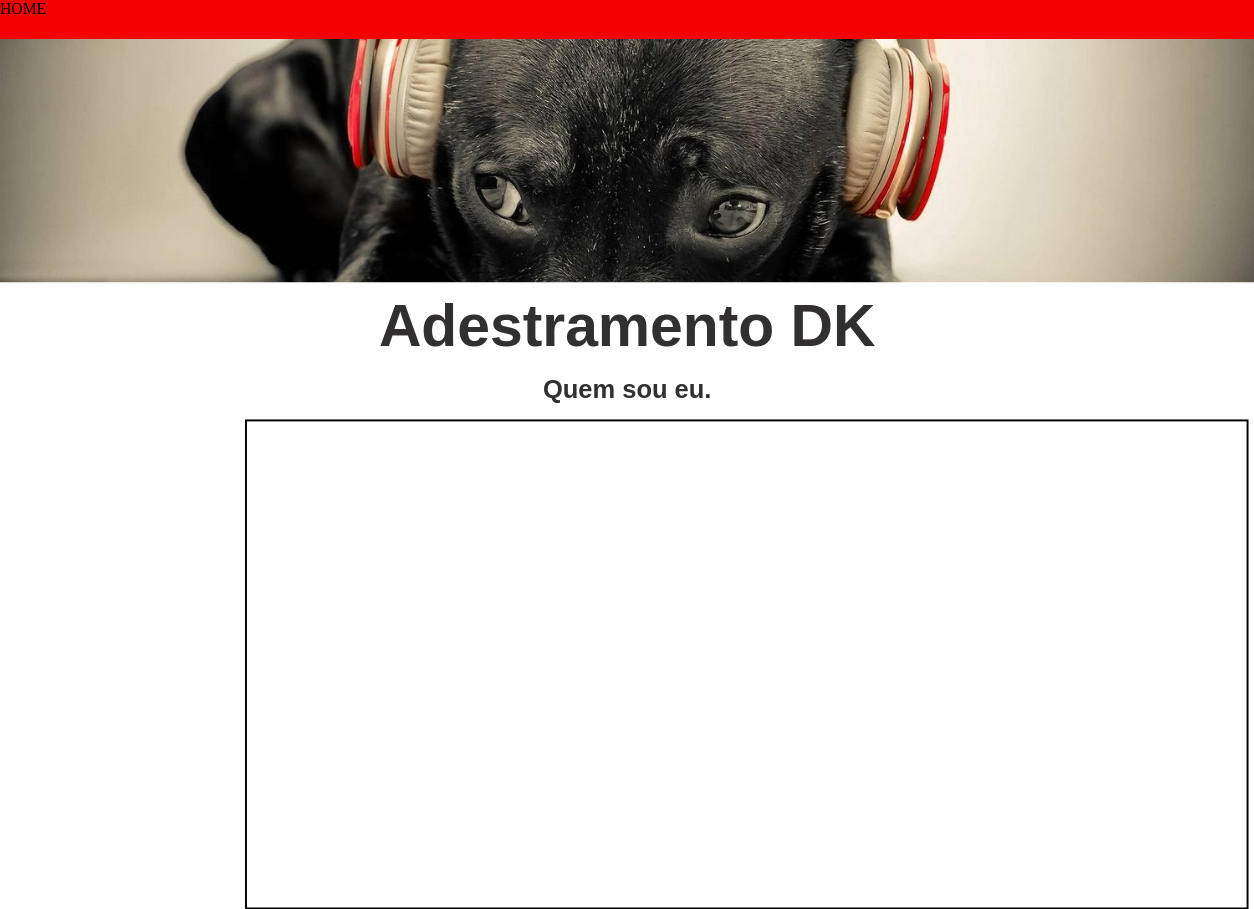
Repository: KevynMarques/Blog-React-StyledComponent
Page: /
These files come from the project's save history. The page is drawn as it stood at one moment and after the next save; the edit follows.
The browser window is 1280 px wide. The pictures show the whole page, at 98% of full size.
The project was rebuilt for these pictures with package versions that can differ from the ones it lists, and the page was loaded fresh each time.

Above is the page before, as saved 2022-01-28 13:10:32.

### src/App.js
import Header from './Components/Header/index'
import Home from './Components/Home';
import Sobre from './Components/Sobre';

import { GlobalStyle } from './GlobalStyle';

function App() {
  return (
    <>
    <Home />
    <Header />
    <Sobre />
    <GlobalStyle/>
    </>
  );
}

export default App;

### src/Components/Header/index.jsx
import { Baner } from "./style";
import Dog from './Image/Dog.png'

export default () => {

  return (

    <>
      <Baner>
       <img src={Dog} />
     </Baner>
    </>

  );

}

### src/Components/Home/index.jsx
import { Home } from "./Style"

export default () => {
  return (

    <Home>
      HOME
    </Home>
  );
}

### src/Components/Sobre/index.jsx
import { Sobre, Tittle } from "./style"

export default () => {
  return (
<>
   <Tittle>
    <h1>Adestramento DK</h1>
      <h2>Quem sou eu.</h2>
    </Tittle>


  <Sobre>
     <section>

     </section>
  </Sobre>
</>

  );
}

### src/GlobalStyle.js
import { createGlobalStyle } from 'styled-components';

 export const GlobalStyle = createGlobalStyle`
  * {
    margin: 0;
    padding: 0;
    box-sizing: border-box;
  }
`;

### src/Components/Header/style.jsx
import styled from "styled-components";

export const Baner= styled.div `
  width: 100vw;
  height: 40vh;


    img {
    width: 100%;
    height: 100%;
    object-fit: cover;

    }
`;

### src/Components/Home/Style.jsx
import styled from "styled-components";


export const  Home  = styled.div `
     width: 100vw;
     height: 40px;
     background-color: #f30000;
     position: fixed;
     z-index: 99999;
`;

### src/Components/Sobre/style.jsx
import styled from "styled-components";


export const Tittle = styled.h1`
@import url('https://fonts.googleapis.com/css2?family=Prompt:ital,wght@1,300&display=swap');
color: #312f2f;
font-size: 30px;
font-family: 'Prompt', sans-serif;
text-align: center;
height: 40px;
margin-top: 10px;

      h2 {
      font-size:26px ;
      margin-top: 15px;
      }
`;

export const  Sobre  = styled.section `

  margin-top: 90px;
  height: 500px;
  border: solid 2px black;
  width: 80vw;
  margin-left: 250px;
`;

Loaded but not shown: public/index.html (common file); src/index.js (common file)

After the next save:
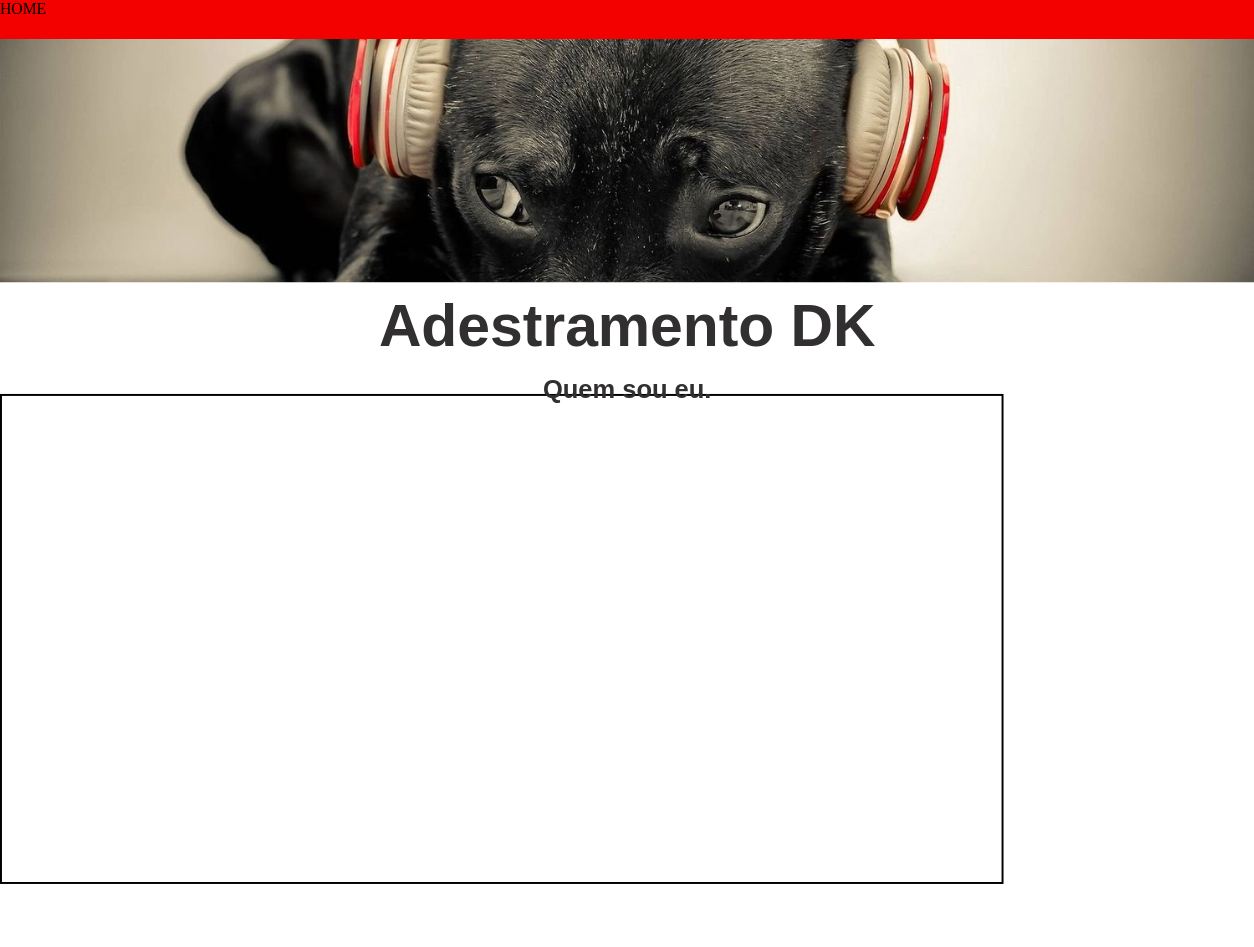
Saved 80 s later.
--- a/src/Components/Sobre/style.jsx
+++ b/src/Components/Sobre/style.jsx
@@ -22,5 +22,5 @@ export const  Sobre  = styled.section `
   height: 500px;
   border: solid 2px black;
   width: 80vw;
-  margin-left: 250px;
+  margin: 5% 0;
 `;
